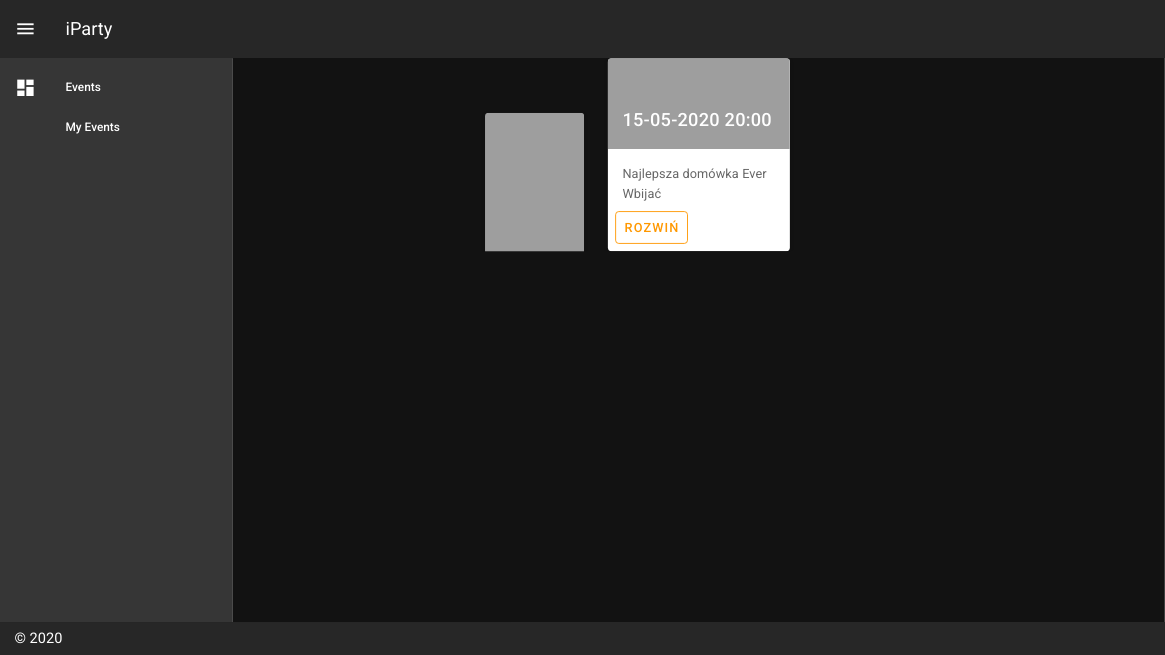
Repository: hexanek/partyapp
Page: /, after clicking the first element matching `button.v-btn--outlined`
These files come from the project's save history. The page is drawn as it stood at one moment and after the next save; the edit follows.
The browser window is 1280 px wide. The pictures show the whole page, at 91% of full size.
Pictures or frames that could not be fetched are drawn as grey boxes. The project was rebuilt for these pictures with package versions that can differ from the ones it lists, and the page was loaded fresh each time. Also part of the build but not shown: vue.config.js.

Above is the page before, as saved 2020-01-25 10:32:27.

### public/index.html
<!DOCTYPE html>
<html lang="en">
  <head>
    <meta charset="utf-8">
    <meta http-equiv="X-UA-Compatible" content="IE=edge">
    <meta name="viewport" content="width=device-width,initial-scale=1.0">
    <link rel="icon" href="<%= BASE_URL %>favicon.ico">
    <title>party-app</title>
    <link rel="stylesheet" href="https://fonts.googleapis.com/css?family=Roboto:100,300,400,500,700,900">
    <link rel="stylesheet" href="https://cdn.jsdelivr.net/npm/@mdi/font@latest/css/materialdesignicons.min.css">
  </head>
  <body>
    <noscript>
      <strong>We're sorry but party-app doesn't work properly without JavaScript enabled. Please enable it to continue.</strong>
    </noscript>
    <div id="app"></div>
    <!-- built files will be auto injected -->
  </body>
</html>

### src/main.js
import Vue from 'vue'
import App from './App.vue'
import vuetify from './plugins/vuetify';
import store from './store'
import router from './router'

Vue.config.productionTip = false

new Vue({
  vuetify,
  store,
  router,
  render: h => h(App)
}).$mount('#app')

### src/App.vue
<template>
  <v-app>
    <navbar></navbar>
    <v-content>
      <v-responsive>

      <gmap

      >


      </gmap>

      </v-responsive>
      </v-content>
    <Footer></Footer>
  </v-app>
</template>

<script>
import Navbar from "./components/Navbar";
import Footer from "./components/Footer";
import Gmap from "./components/Gmap";

export default {
  name: "App",

  components: {
    Navbar,
    Footer,
    Gmap,

  },

  data: () => ({

    //
  }),
  methods: {

  }
};
</script>

### src/plugins/vuetify.js
import Vue from 'vue';
import Vuetify from 'vuetify/lib';
import VueRouter from 'vue-router'
import * as VueGoogleMaps from 'vue2-google-maps'


Vue.use(Vuetify);
Vue.use(VueRouter);
Vue.use(VueGoogleMaps, {
    load: {
        key: 'AIzaSyB6QzBesMB_MjqmuZF1p7hpCl8gg4kMEy8',
        libraries: 'places'
    }
})

export default new Vuetify({
    theme: {
        dark: true
    }
});

### src/router/index.js
import Vue from 'vue'
import VueRouter from 'vue-router'


Vue.use(VueRouter)

const routes = [
  {
    path: '/',
    name: 'home',

  },
  {
    path: '/about',
    name: 'about',
    // route level code-splitting
    // this generates a separate chunk (about.[hash].js) for this route
    // which is lazy-loaded when the route is visited.
    //component: () => import(/* webpackChunkName: "about" */ '../views/About.vue')
  }
]

const router = new VueRouter({
  routes
})

export default router

### src/components/Navbar.vue
<template>
    <div>
        <v-navigation-drawer
      v-model="drawer"
      app
      clipped
    >
      <v-list dense>
        <v-list-item link>
          <v-list-item-action>
            <v-icon>mdi-view-dashboard</v-icon>
          </v-list-item-action>
          <v-list-item-content>
            <v-list-item-title>Events</v-list-item-title>
          </v-list-item-content>
        </v-list-item>
        <v-list-item link>
          <v-list-item-action>
            <v-icon>mdi-settings</v-icon>
          </v-list-item-action>
          <v-list-item-content>
            <v-list-item-title>My Events</v-list-item-title>
          </v-list-item-content>
        </v-list-item>
      </v-list>
    </v-navigation-drawer>
     <v-app-bar
      flat
      app
      clipped-left
    >
      <v-app-bar-nav-icon @click.stop="drawer = !drawer" />
      <v-toolbar-title>iParty</v-toolbar-title>

    </v-app-bar>
    </div>
</template>

<script>
export default {
  name: "Navbar",
  data: () => ({
    drawer: null
  })
};
</script>

<style lang="scss" scoped>
</style>

### src/components/Footer.vue
<template>
    <div>
        <v-footer app>
            <span>&copy; 2020</span>
        </v-footer>
    </div>
</template>

<script>
    export default {
        name: 'Footer',

        data: () => ({

        })
    }
</script>

<style lang="scss" scoped>

</style>

### src/components/Gmap.vue
<template>
  <div>
    <popup-details
    v-if="this.details"
    ></popup-details>
    <GmapMap
      :center="start"
      :zoom="10"
      map-type-id="roadmap"
      style="width: 100vw; height: 90vh"
      v-bind:options="mapStyle"
    >

      <gmap-info-window
        :options="infoOptions"
        :position="infoPosition"
        :opened="infoOpened"
        @closeclick="infoOpened = false"
      >

       <popup
       @clickshow="showDetails"
       ></popup>
      </gmap-info-window>
      <GmapMarker
        :key="key"
        v-for="(item, key) in coordinates"
        :position="getPosition(item)"
        :clickable="true"
        @click="toggleInfo(item, key)"
      />

    </GmapMap>

  </div>
</template>

<script>
import Popup from "./Popup";
import PopupDetails from "./PopupDetails";

export default {
  name: "Gmap",
  components: {
    Popup,
    PopupDetails
  },
  data: () => ({
    details: false,
    start: {
      lat: 54.51889,
      lng: 18.53188
    },
    coordinates: {
      0: {
        party: "Domowka",
        lat: 54.291,
        lng: 18.341
      },
      1: {
        party: "Klub",
        lat: 54.111,
        lng: 18.1
      }
    },
    infoPosition: null,
    infoContent: null,
    infoOpened: false,
    infoCurrentKey: null,
    infoOptions: {
      pixelOffset: {
        width: 0,
        height: -35
      }
    },
    mapStyle: {
      styles: [
        { elementType: "geometry", stylers: [{ color: "#242f3e" }] },
        { elementType: "labels.text.stroke", stylers: [{ color: "#242f3e" }] },
        { elementType: "labels.text.fill", stylers: [{ color: "#746855" }] },
        {
          featureType: "administrative.locality",
          elementType: "labels.text.fill",
          stylers: [{ color: "#d59563" }]
        },
        {
          featureType: "poi",
          elementType: "labels.text.fill",
          stylers: [{ color: "#d59563" }]
        },
        {
          featureType: "poi.park",
          elementType: "geometry",
          stylers: [{ color: "#263c3f" }]
        },
        {
          featureType: "poi.park",
          elementType: "labels.text.fill",
          stylers: [{ color: "#6b9a76" }]
        },
        {
          featureType: "road",
          elementType: "geometry",
          stylers: [{ color: "#38414e" }]
        },
        {
          featureType: "road",
          elementType: "geometry.stroke",
          stylers: [{ color: "#212a37" }]
        },
        {
          featureType: "road",
          elementType: "labels.text.fill",
          stylers: [{ color: "#9ca5b3" }]
        },
        {
          featureType: "road.highway",
          elementType: "geometry",
          stylers: [{ color: "#746855" }]
        },
        {
          featureType: "road.highway",
          elementType: "geometry.stroke",
          stylers: [{ color: "#1f2835" }]
        },
        {
          featureType: "road.highway",
          elementType: "labels.text.fill",
          stylers: [{ color: "#f3d19c" }]
        },
        {
          featureType: "transit",
          elementType: "geometry",
          stylers: [{ color: "#2f3948" }]
        },
        {
          featureType: "transit.station",
          elementType: "labels.text.fill",
          stylers: [{ color: "#d59563" }]
        },
        {
          featureType: "water",
          elementType: "geometry",
          stylers: [{ color: "#17263c" }]
        },
        {
          featureType: "water",
          elementType: "labels.text.fill",
          stylers: [{ color: "#515c6d" }]
        },
        {
          featureType: "water",
          elementType: "labels.text.stroke",
          stylers: [{ color: "#17263c" }]
        }
      ]
    }
  }),
  methods: {
    getPosition: function(marker) {
      return {
        lat: parseFloat(marker.lat),
        lng: parseFloat(marker.lng)
      };
    },
    toggleInfo: function(marker, key) {
      this.infoPosition = this.getPosition(marker);
      this.infoContent = marker.party;
      if (this.infoCurrentKey === key) {
        this.infoOpened = !this.infoOpened;
      } else {
        this.infoOpened = true;
        this.infoCurrentKey = key;
      }
    },
    showDetails: function() {
      this.details = !this.details;
    }
  }
};
</script>

<style lang="scss" scoped></style>

### src/components/Popup.vue
<template>
    <div>
        <v-card
    class="mx-auto"
    max-width="200"
    light

  >
    <v-img
      class="white--text align-end"
      height="100px"
      src="https://cdn.vuetifyjs.com/images/cards/docks.jpg"
    >
      <v-card-title>15-05-2020 20:00</v-card-title>
    </v-img>

    <v-card-subtitle class="pb-0">Najlepsza domówka Ever</v-card-subtitle>

    <v-card-text class="pb-0">
      <div>Wbijać</div>

    </v-card-text>

    <v-card-actions>
      <v-btn
        color="orange"
        outlined
        center
        @click="showdetails"

      >
        Rozwiń
      </v-btn>
    </v-card-actions>
  </v-card>
    </div>
</template>

<script>
export default {
  name: "Popup",
  components: {},
  data: () => ({
    return: {}
  }),
  methods: {
    showdetails: function() {
      this.$emit("clickshow");
    }
  }
};
</script>

<style lang="scss" scoped>
</style>

### src/components/PopupDetails.vue
<template>
    <div class="pos">
      <v-col
        md="4"
        offset-md="8"
      >
        <v-card
        transition="slide-x-transition"
    :loading="loading"
    class="mx-auto my-12"
    max-width="374"
  >
    <v-img
      height="250"
      src="https://cdn.vuetifyjs.com/images/cards/cooking.png"
    ></v-img>

    <v-card-title>Cafe Badilico</v-card-title>

    <v-card-text>
      <v-row
        align="center"
        class="mx-0"
      >
        <v-rating
          :value="4.5"
          color="amber"
          dense
          half-increments
          readonly
          size="14"
        ></v-rating>

        <div class="grey--text ml-4">4.5 (413)</div>
      </v-row>

      <div class="my-4 subtitle-1 black--text">
        $ • Italian, Cafe
      </div>

      <div>Small plates, salads & sandwiches an inteimate setting with 12 indoor seats plus patio seating.</div>
    </v-card-text>

    <v-divider class="mx-4"></v-divider>

    <v-card-title>Tonight's availability</v-card-title>

    <v-card-text>
      <v-chip-group
        v-model="selection"
        active-class="deep-purple accent-4 white--text"
        column
      >
        <v-chip>5:30PM</v-chip>

        <v-chip>7:30PM</v-chip>

        <v-chip>8:00PM</v-chip>

        <v-chip>9:00PM</v-chip>
      </v-chip-group>
    </v-card-text>

    <v-card-actions>
      <v-btn
        color="deep-purple accent-4"
        text
        @click="reserve"
      >
        Reserve
      </v-btn>
    </v-card-actions>
  </v-card>
  </v-col>
    </div>
</template>

<script>
export default {
  name: "PopupDetails",

  data: () => ({
    loading: false,
    selection: 1
  }),
  methods: {
    reserve: function() {
      this.loading = true;
      setTimeout(() => (this.loading = false), 2000);
    }
  }
};
</script>

<style lang="scss" scoped>
.pos {
  position: absolute;
}
</style>

Loaded but not shown: src/store/index.js (common file)

After the next save:
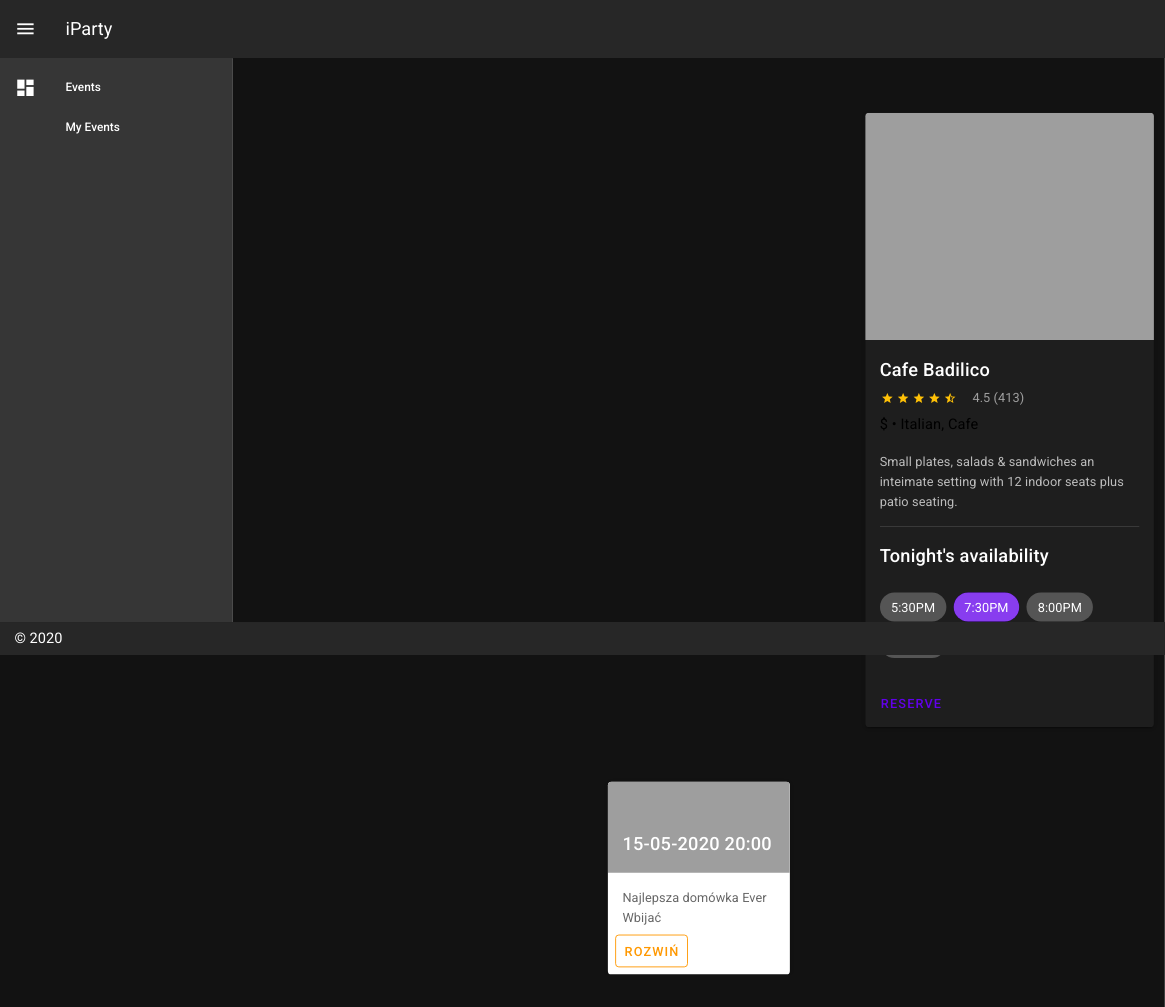
Saved 26 s later.
--- a/src/components/PopupDetails.vue
+++ b/src/components/PopupDetails.vue
@@ -1,5 +1,5 @@
 <template>
-    <div class="pos">
+    <div>
       <v-col
         md="4"
         offset-md="8"
@@ -93,7 +93,5 @@ export default {
 </script>
 
 <style lang="scss" scoped>
-.pos {
-  position: absolute;
-}
+
 </style>
